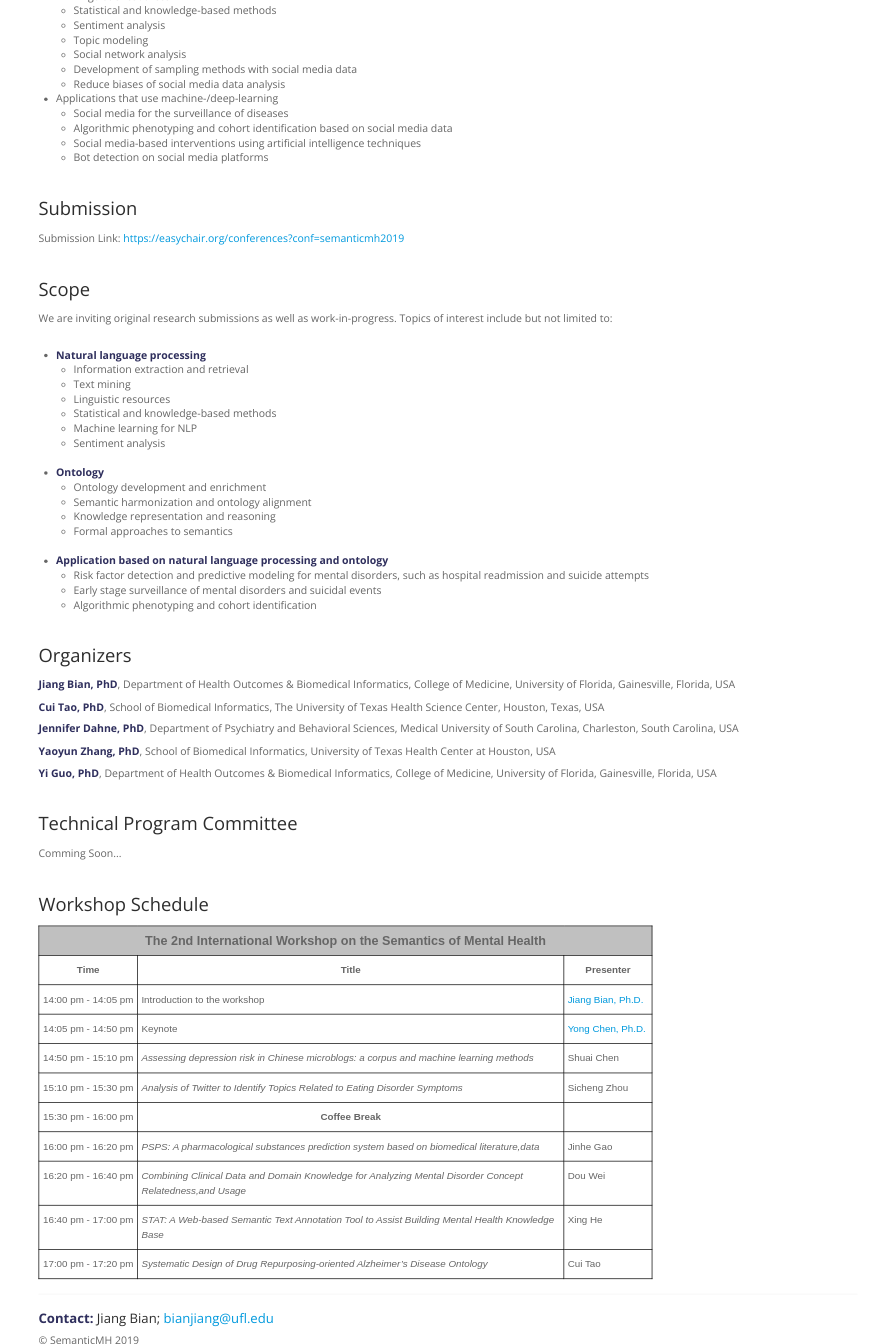
Repository: bianjiang/semantics-powered.org
Page: ISSWHR-2020/index.html
The author's editor kept a copy of each file at every save. The page is drawn from the files as they stood at one save, then again after the next save.
The browser window is 1280 px wide. The pictures show the part of the page from y = 1026 to 2946 px (the page is 3000 px tall before and 3053 px after), at 70% of full size.
Some web libraries are served in a nearby version.

Above is the page before, as saved 2019-10-26 17:00:22.
Console error (its wording comes from the project's code and is left out).

After the next save:
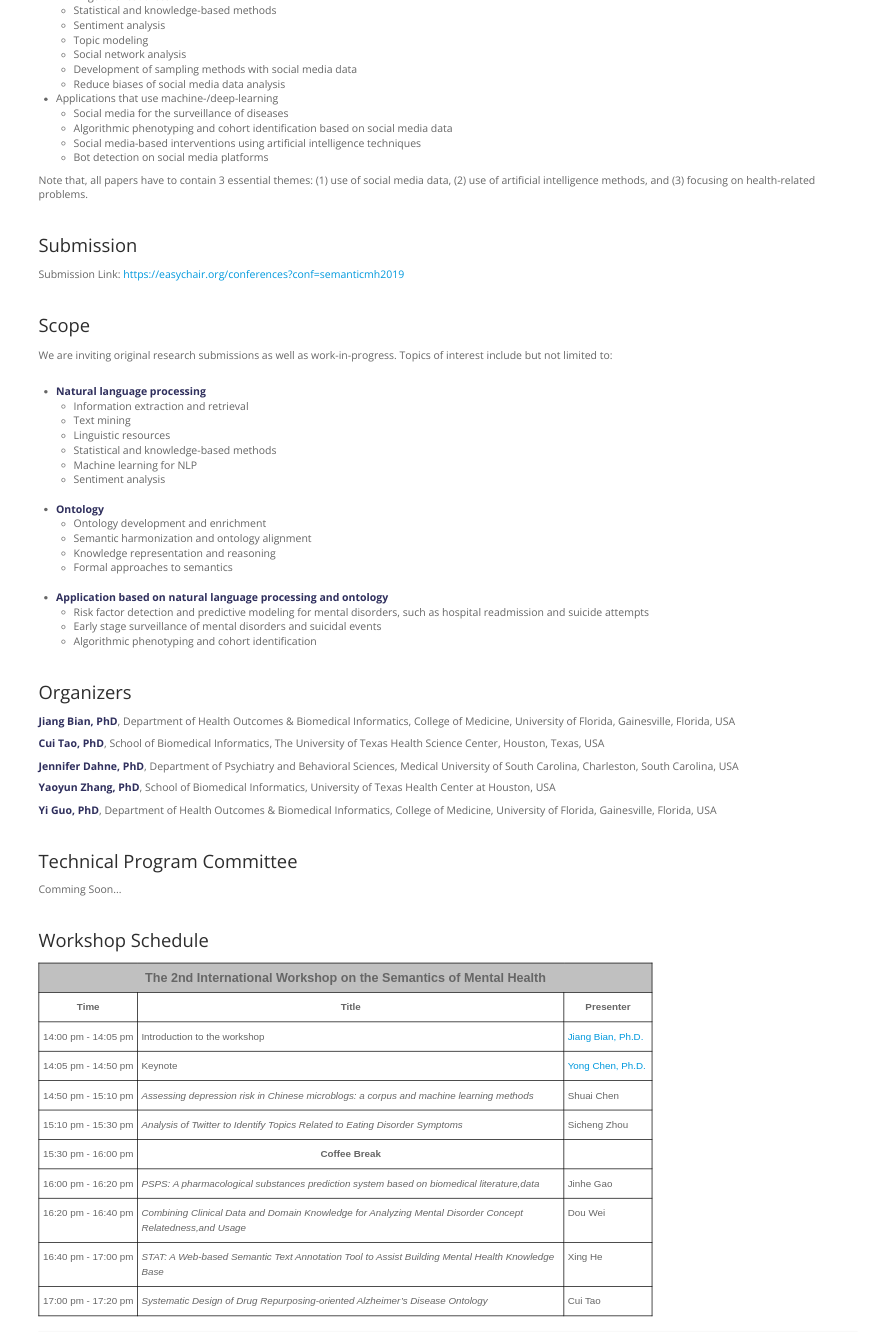
Saved 6 s later.
--- a/ISSWHR-2020/index.html
+++ b/ISSWHR-2020/index.html
@@ -170,7 +170,7 @@
               </ul>
             </li>
           </ul>
-          <p></p>
+          <p>Note that, all papers have to contain 3 essential themes: (1) use of social media data, (2) use of artificial intelligence methods, and (3) focusing on health-related problems.</p>
         </div>
       </div>
     </section>
